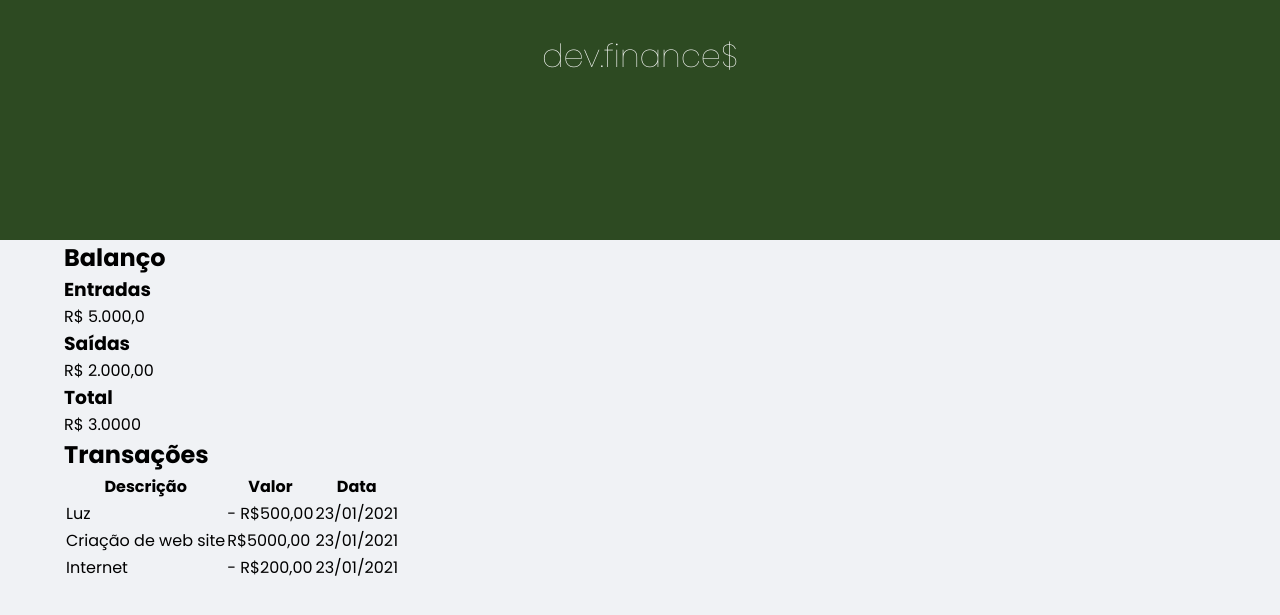
Repository: rafaelmgr12/maratona-dev01
Page: index.html
An editor plug-in stored every save of this project. The page is shown before and after the next save, followed by the edit.
The browser window is 1280 px wide. The pictures show the whole page.

Above is the page before, as saved 2021-04-26 20:22:24.

After the next save:
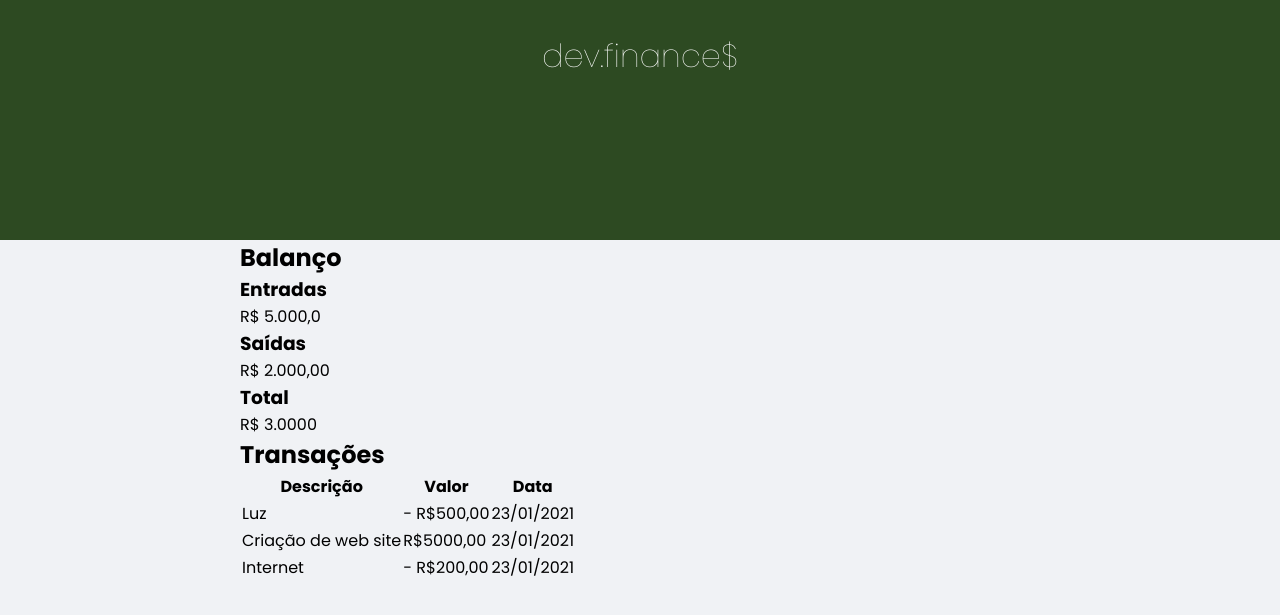
Saved 82 s later.
--- a/style.css
+++ b/style.css
@@ -9,7 +9,7 @@ body {
   font-family: "Poppins", sans-serif;
 }
 .container {
-  width: min(90vw);
+  width: min(90vw, 800px);
   margin: auto;
 }
 /* Header ======================================== */
